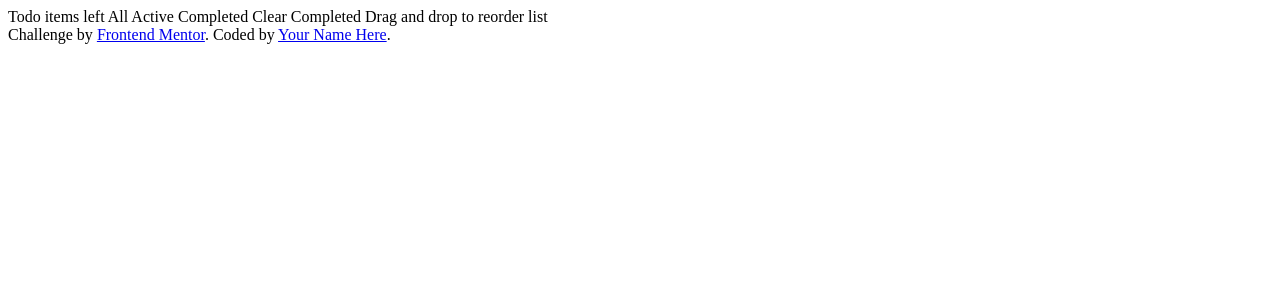
Repository: Arkitecth/todo-list
Page: index.html
An editor plug-in stored every save of this project. The page is shown before and after the next save, followed by the edit.
The browser window is 1280 px wide. The pictures show the whole page.

Above is the page before, as saved 2023-06-19 16:19:08.

After the next save:
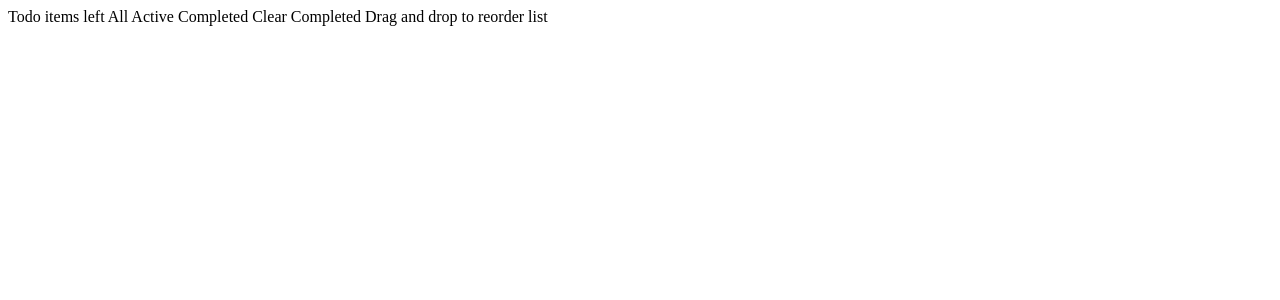
Saved 6 s later.
--- a/index.html
+++ b/index.html
@@ -22,10 +22,5 @@
   Clear Completed
 
   Drag and drop to reorder list
-
-  <div class="attribution">
-    Challenge by <a href="https://www.frontendmentor.io?ref=challenge" target="_blank">Frontend Mentor</a>.
-    Coded by <a href="#">Your Name Here</a>.
-  </div>
 </body>
 </html>
